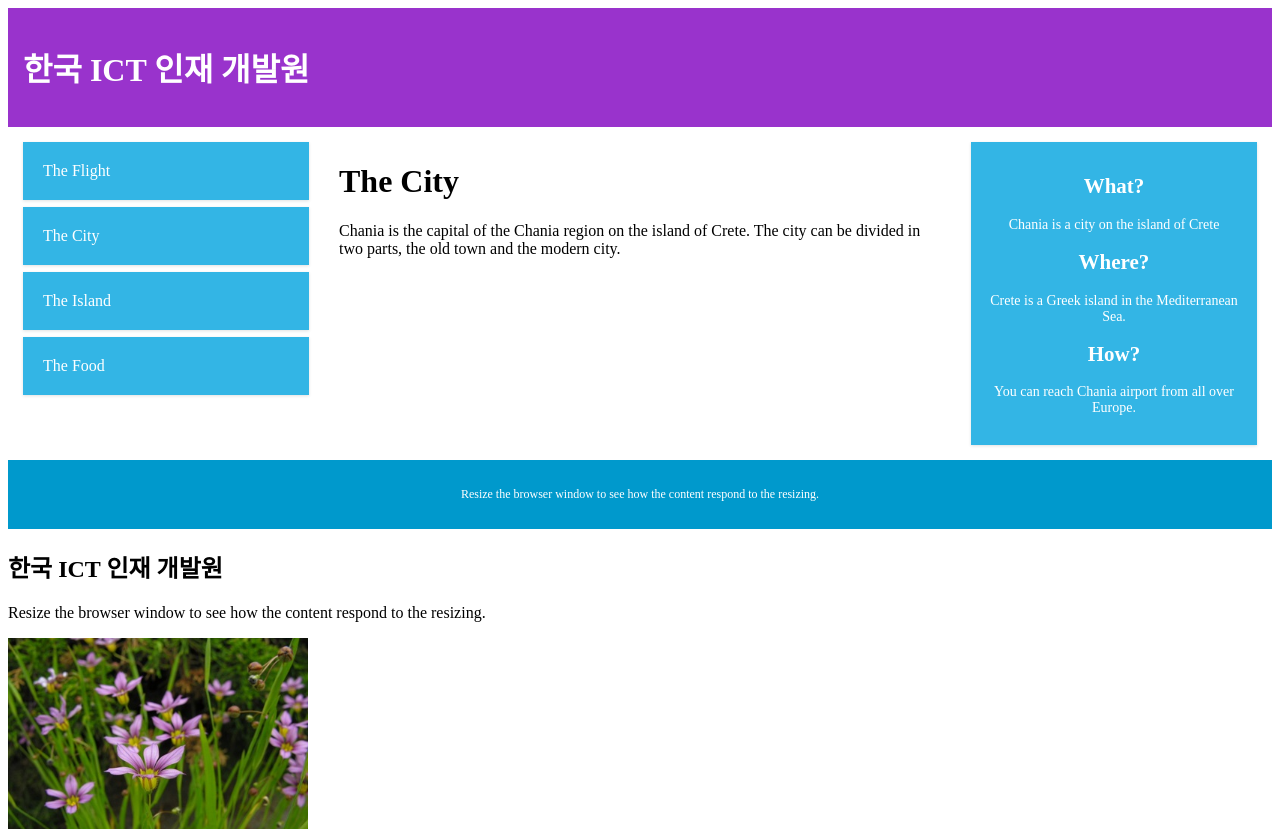
Repository: ady0099/webstudy
Page: 03_javascript/src/main/webapp/day02/ex18_event.html
An editor plug-in stored every save of this project. The page is shown before and after the next save, followed by the edit.
The browser window is 1280 px wide. The pictures show the whole page.

Above is the page before, as saved 2023-06-28 08:04:53.

After the next save:
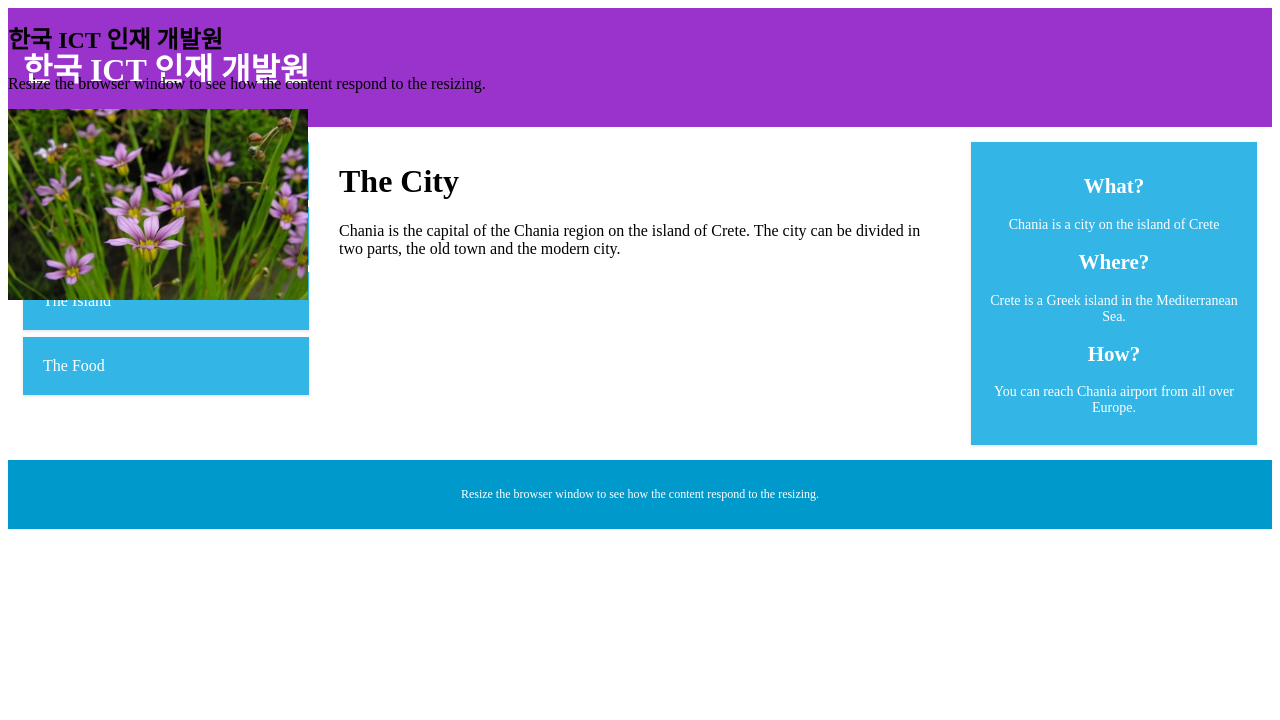
Saved 9 s later.
--- a/03_javascript/src/main/webapp/day02/ex18_event.html
+++ b/03_javascript/src/main/webapp/day02/ex18_event.html
@@ -77,7 +77,8 @@
 			div#popup{
 				width: 500px;
 				height: 300px;
-				position: absolute;
+				position: fixed;
+				top:0px;
 				overflow: hidden;
 			 }
 		</style>
